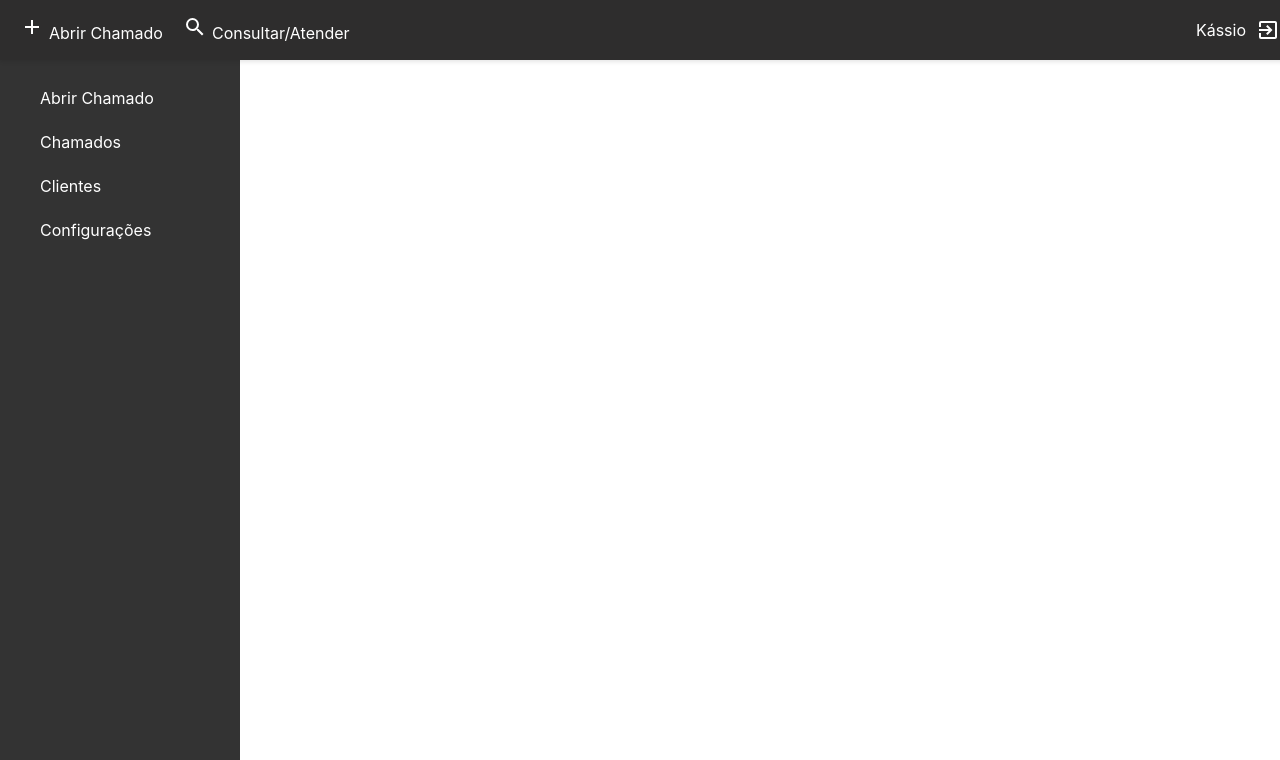
Repository: zkassimz/helpdesk
Page: /
The author's editor kept a copy of each file at every save. The page is drawn from the files as they stood at one save, then again after the next save.
The browser window is 1280 px wide. The pictures show the whole page.
The project was rebuilt for these pictures with package versions that can differ from the ones it lists, and the page was loaded fresh each time. Also part of the build but not shown: vite.config.js, src/components/css/Chamados.css, src/components/Chamados.jsx, src/components/Clientes.jsx, src/components/Configuracoes.jsx.

Above is the page before, as saved 2024-04-02 12:41:12.

After the next save:
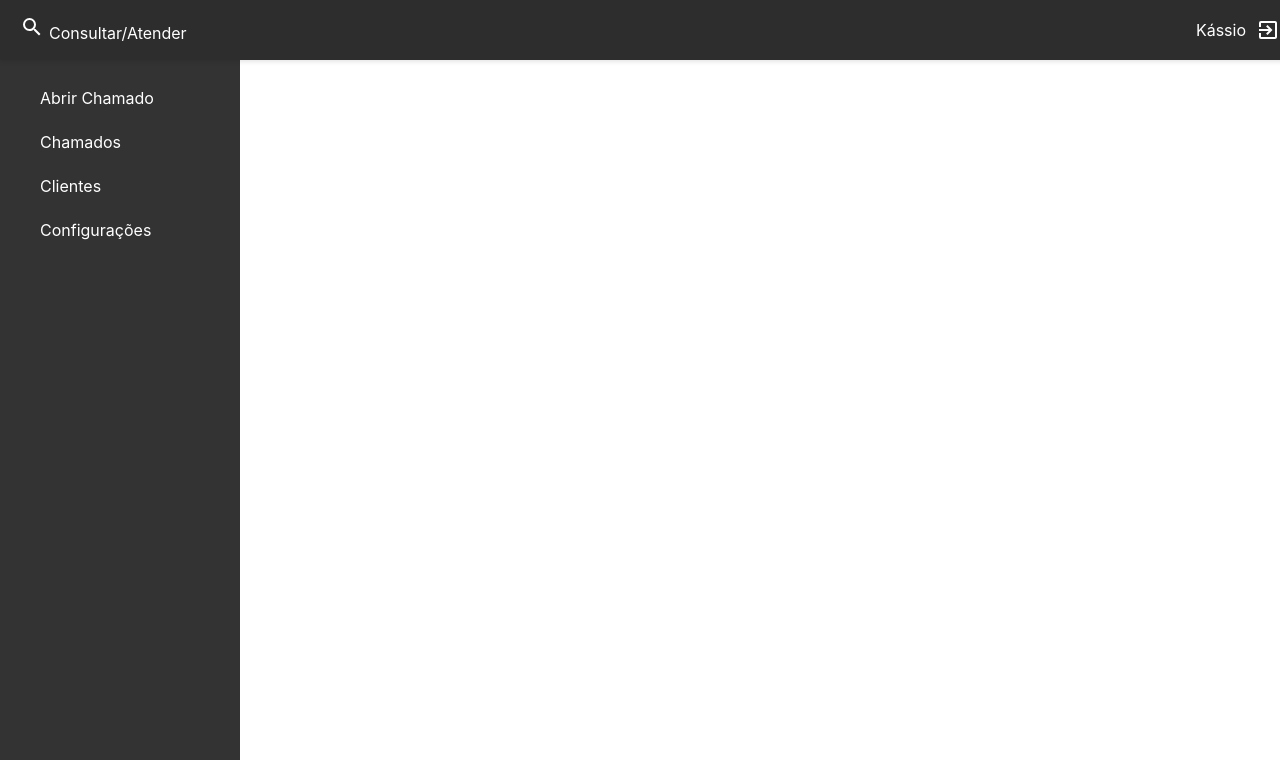
Saved 11 s later.
--- a/src/components/AppBar.jsx
+++ b/src/components/AppBar.jsx
@@ -9,10 +9,8 @@ const AppBar = () => {
   return (
     <div className="appbar">
       <div className="appbar-left">
-        <div className="appbar-item">
-          <MdAdd size={24} />
-          <span>Abrir Chamado</span>
-        </div>
+
+
         <div className="appbar-item" onClick={() => console.log("Consultar/Atender")}>
           <MdSearch size={24} />
           <span>Consultar/Atender</span>
